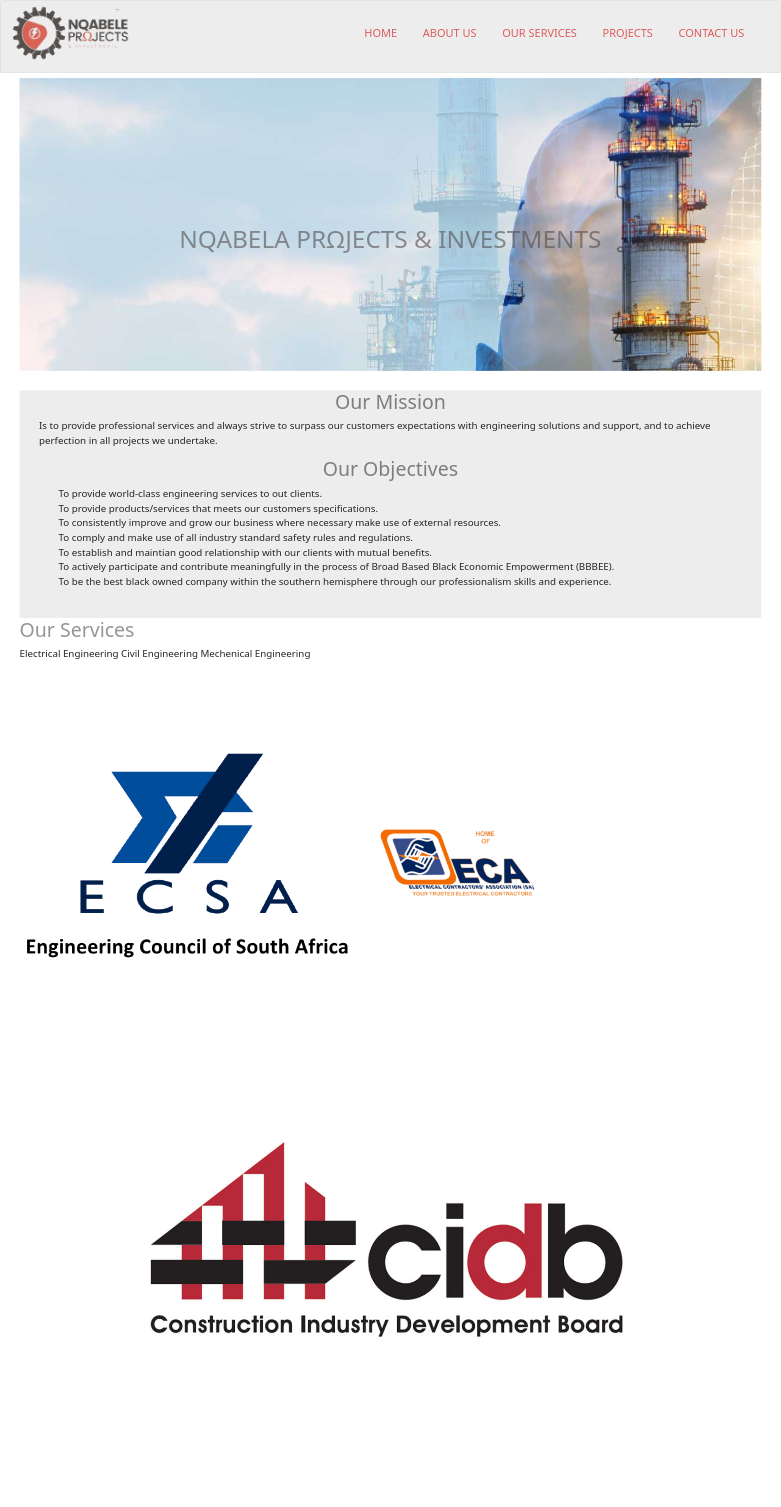
Repository: mnqobiMenzi/Nqabela
Page: index.html
An editor plug-in stored every save of this project. The page is shown before and after the next save, followed by the edit.
The browser window is 1280 px wide. The pictures show the whole page, at 61% of full size.

Above is the page before, as saved 2024-01-30 20:52:19.

### index.html
<!DOCTYPE html>
<html lang="en">
<head>
    <meta charset="UTF-8">
    <meta name="viewport" content="width=device-width, initial-scale=1.0">
    <link rel="stylesheet" href="https://cdnjs.cloudflare.com/ajax/libs/font-awesome/6.5.1/css/all.min.css" integrity="sha512-DTOQO9RWCH3ppGqcWaEA1BIZOC6xxalwEsw9c2QQeAIftl+Vegovlnee1c9QX4TctnWMn13TZye+giMm8e2LwA==" crossorigin="anonymous" referrerpolicy="no-referrer" />
    <link rel="stylesheet" href="https://cdnjs.cloudflare.com/ajax/libs/normalize/8.0.1/normalize.min.css" integrity="sha512-NhSC1YmyruXifcj/KFRWoC561YpHpc5Jtzgvbuzx5VozKpWvQ+4nXhPdFgmx8xqexRcpAglTj9sIBWINXa8x5w==" crossorigin="anonymous" referrerpolicy="no-referrer" />
    <link href="https://cdn.jsdelivr.net/npm/bootstrap@5.3.2/dist/css/bootstrap.min.css" rel="stylesheet" integrity="sha384-T3c6CoIi6uLrA9TneNEoa7RxnatzjcDSCmG1MXxSR1GAsXEV/Dwwykc2MPK8M2HN" crossorigin="anonymous">
    <title>Nqabela Projects &amp; Investments</title>
    <link rel="icon" href="images/icon.ico" type="image/x-icon">
    <link rel="stylesheet" href="style/style.css">
</head>
<body>
    <header>
        <nav class="navbar">
            <div class="logo">
                <a href="#"><img src="images/logo.png" alt="Nqabela_logo" class="logo-img"></a>
            </div>
            <ul class="navbar-list">
                <li class="navbar-item"><a href="#" class="navbar-link active">Home</a></li>
                <li class="navbar-item"><a href="aboutus.html" class="navbar-link active">About Us</a></li>
                <li class="navbar-item"><a href="services.html" class="navbar-link active">Our Services</a></li>
                <li class="navbar-item"><a href="projects.html" class="navbar-link active">Projects</a></li>
                <li class="navbar-item"><a href="contactus.html" class="navbar-link active">Contact Us</a></li>
            </ul>
        </nav>
    </header>
    <section>
        <div class="slider">
            <h1>NQABELA PR&Omega;JECTS &amp; INVESTMENTS</h1>
        </div>
        <div class="content">
            <h2>Our Mission</h2>
            <p>Is to provide professional services and always strive to surpass our customers expectations with engineering solutions and support, and to achieve perfection in all projects we undertake.</p>
            <h2>Our Objectives</h2>
            <ul>
                <li>To provide world-class engineering services to out clients.</li>
                <li>To provide products/services that meets our customers specifications.</li>
                <li>To consistently improve and grow our business where necessary make use of external resources.</li>
                <li>To comply and make use of all industry standard safety rules and regulations.</li>
                <li>To establish and maintian good relationship with our clients with mutual benefits.</li>
                <li>To actively participate and contribute meaningfully in the process of Broad Based Black Economic Empowerment (BBBEE).</li>
                <li>To be the best black owned company within the southern hemisphere through our professionalism skills and experience.</li>
            </ul>
        </div>
        <div class="services">
            <h2>Our Services</h2>
            <span>Electrical Engineering</span>
            <span>Civil Engineering</span>
            <span>Mechenical Engineering</span>
        </div>
    </section>
    <footer>
        <div class="afiliates">
            <img src="images/Ecsa.png" alt="Engineering Council of South Africa">
            <img src="images/eca.png" alt="Electrical Contractors Association (South Africa)">
            <img src="images/Untitled-1Artboard-46.jpg" alt="Electrical Contractors Association (South Africa)">
        </div>
        <div class="social-media">

        </div>
    </footer>
</body>
<script src="https://cdn.jsdelivr.net/npm/bootstrap@5.3.2/dist/js/bootstrap.bundle.min.js" integrity="sha384-C6RzsynM9kWDrMNeT87bh95OGNyZPhcTNXj1NW7RuBCsyN/o0jlpcV8Qyq46cDfL" crossorigin="anonymous"></script>
<script src="https://cdnjs.cloudflare.com/ajax/libs/font-awesome/6.5.1/js/all.min.js" integrity="sha512-GWzVrcGlo0TxTRvz9ttioyYJ+Wwk9Ck0G81D+eO63BaqHaJ3YZX9wuqjwgfcV/MrB2PhaVX9DkYVhbFpStnqpQ==" crossorigin="anonymous" referrerpolicy="no-referrer"></script>
<script src="https://code.jquery.com/jquery-3.4.1.js"></script>
</html>

### style/style.css
*
{
    padding: 0;
    margin: 0;
    text-decoration: none;
    list-style: none;
    box-sizing: border-box;
}

:root{
    --textColor: rgb(82, 77, 77, 0.1);
    --backgroundColor: rgb(221, 92, 92);
}

section{
    padding: 8em 2em 8em 2em;
}

img{
    max-height: 100%;
    max-width: 100%;
}

h1, h2, h3, h4, h5, h6{
    font-size: bold;
    color: rgb(82, 77, 77, 0.6);
}

/* header */
nav.navbar{
    height: 120px;
    width: 100%;
    background: var(--textColor);
    position: fixed;
    z-index: 100;
    border: 1px solid var(--textColor);
    border-radius: 0.2em;
    margin-left: 0.01em;
}

div.logo {
    margin: 0 1em 1em 0.5em;
}

div.logo img {
    max-width: 100%;
    max-height: 90px;
}

nav.navbar ul {
    float: left;
    margin-right: 40px;

}

nav.navbar li {
    display: inline-block;
    margin: 0 8px;
    line-height: 80px;
}

nav.navbar a {
    color: var(--backgroundColor);
    font-size: 18px;
    text-transform: uppercase;
    border: 1px solid transparent;
    padding: 7px 10px;
    border-radius: 3px;
    text-decoration: none;
}

.navbar-link:hover {
    text-decoration: none;
    border: 1.2px solid var(--backgroundColor);
    color: rgb(82, 77, 77);
    transition: all 0.5s ease-in-out;
}

/* Slider */
section div.slider{
    background-image: url(../images/civil-electrical-FoE-Slider-475x330px@4x-20.jpg);
    height: 30em;
    width: 100%;
    text-align: center;
    padding-top: 15em;
    margin-bottom: 2em;
}
/* Content */
div.content {
    background-color: var(--textColor);
    padding: 0 2em 2em 2em;
}

div.content h2{
    color: rgb(82, 77, 77, 0.7);
    text-align: center;
}

After the next save:
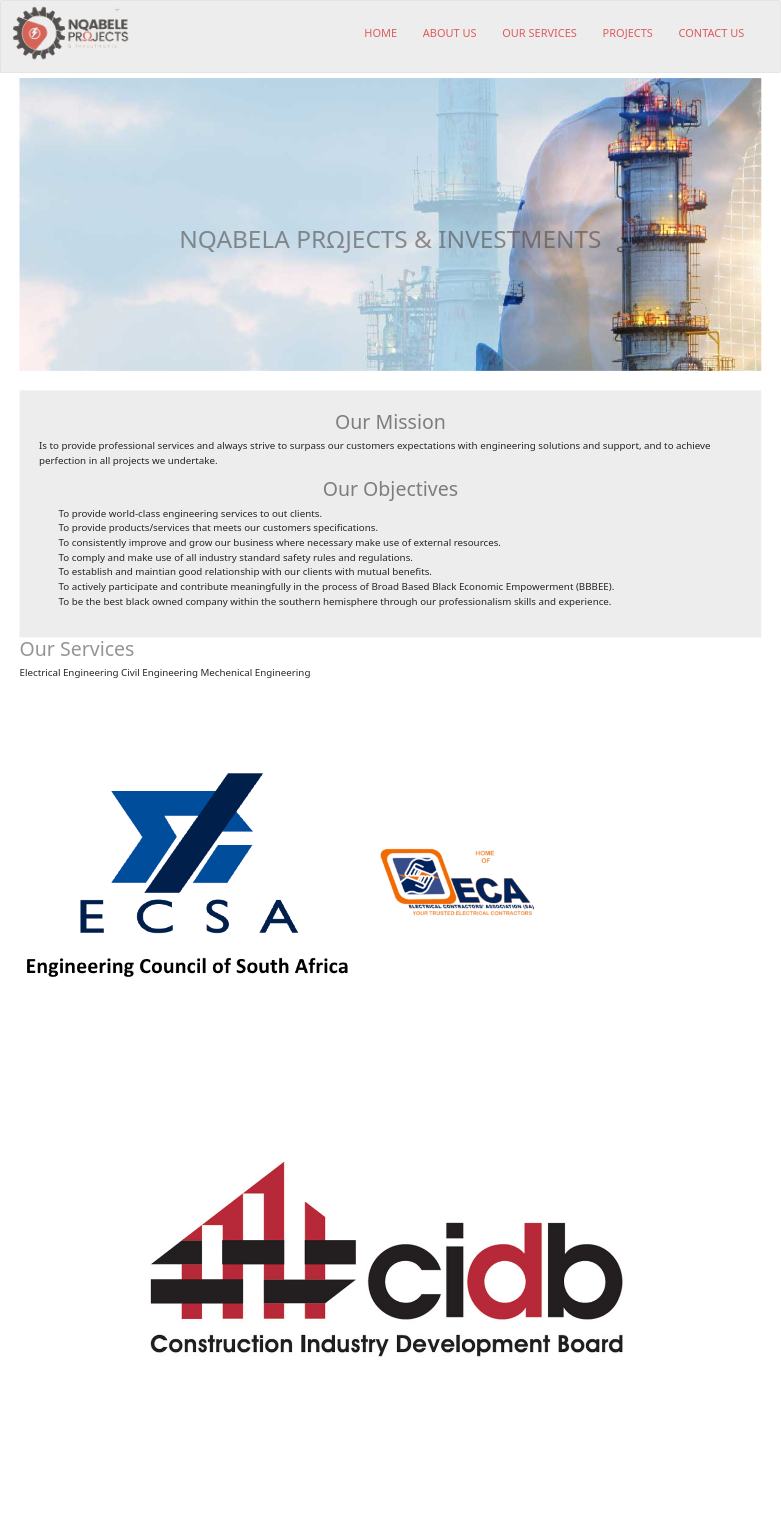
Saved 16 s later.
--- a/style/style.css
+++ b/style/style.css
@@ -88,7 +88,7 @@
 /* Content */
 div.content {
     background-color: var(--textColor);
-    padding: 0 2em 2em 2em;
+    padding: 2em 2em 2em 2em;
 }
 
 div.content h2{
